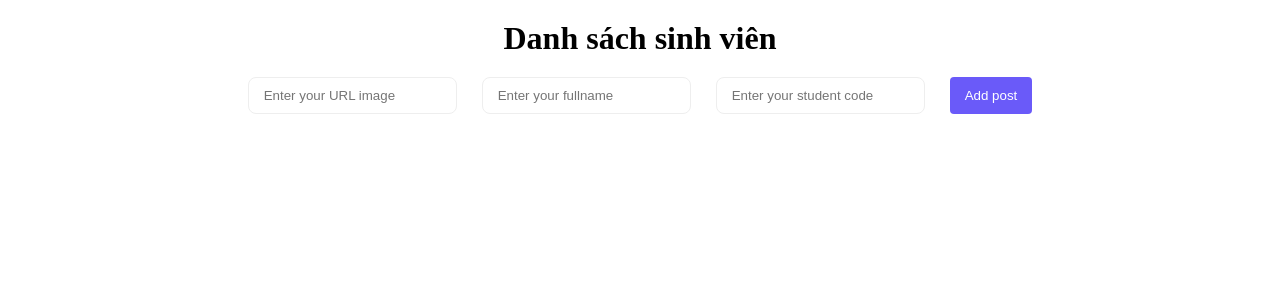
Repository: doquang195/demo-api
Page: indext.html
An editor plug-in stored every save of this project. The page is shown before and after a run of saves, followed by the edit.
The browser window is 1280 px wide. The pictures show the whole page.

Above is the page before, as saved 2023-10-04 21:47:46.

### indext.html
<!DOCTYPE html>
<html lang="en">
    <head>
        <meta charset="UTF-8" />
        <meta name="viewport" content="width=device-width, initial-scale=1.0" />
        <link rel="stylesheet" href="./reset.css" />
        <link rel="stylesheet" href="./style.css" />
        <title>Demo Rest API</title>
    </head>
    <body>
        <div>
            <h2 class="heading">Danh sách sinh viên</h2>
            <div id="list-courses"></div>
        </div>
        <form action="" class="form-post" method="post">

            <input
                type="text"
                name="image"
                placeholder="Enter your URL image"
            />
            <input type="text" name="name" placeholder="Enter your fullname" />
            <input
                type="text"
                name="author"
                placeholder="Enter your student code"
            />
            <button type="submit">Add post</button>
        </form>
        <script src="./app.js"></script>
    </body>
</html>

### reset.css
html {
    box-sizing: border-box;
}
* {
    margin: 0;
    padding: 0;
}
*,
*:before,
*:after {
    box-sizing: border-box;
}
input,
textarea,
select,
button {
    outline: none;
}
input {
    line-height: normal;
}
label,
button {
    cursor: pointer;
}
a {
    text-decoration: none;
}
img {
    display: block;
    max-width: 100%;
}

### style.css
.heading {
    font-size: 32px;
    text-align: center;
    padding: 20px;
}

.form-post {
    display: flex;
    justify-content: center;
    gap: 0 25px;
}

.form-post input {
    padding: 10px 15px;
    border: 1px solid #eee;
    border-radius: 8px;
}

.form-post button {
    background-color: #6a5af9;
    color: white;
    border: 0;
    outline: none;
    padding: 10px 15px;
    border-radius: 4px;
}

### app.js
// let coursesAPI = "http://localhost:3000/courses";

// function start() {
//     getCourses(renderCourses);
//     handleCreateForm();
// }

// start();

// function getCourses(callback) {
//     fetch(coursesAPI)
//         .then((res) => res.json())
//         .then(callback);
// }

// function createCourse(data, callback) {
//     let options = {
//         method: "POST",
//         headers: {
//             "Content-Type": "application/json",
//         },
//         body: JSON.stringify(data),
//     };
//     fetch(coursesAPI, options)
//         .then((res) => res.json())
//         .then(callback);
// }

// function handleDeleteCourse(id) {
//     let options = {
//         method: "DELETE",
//         headers: {
//             "Content-Type": "application/json",
//         },
//     };
//     fetch(coursesAPI + "/" + id, options)
//         .then((res) => res.json())
//         .then(function () {
//             const courseItem = document.querySelector(".course-" + id);
//             if (courseItem) {
//                 courseItem.remove();
//             }
//         });
// }

// function renderCourses(courses) {
//     let listCourses = document.querySelector("#list-courses");
//     const htmls = courses.map(function (course) {
//         return `
//             <div class="course-${course.id}" style="width: 300px, height: 300px">
//                 <h4>${course.name}</h4>
//                 <p>${course.description}</p>
//                 <button onclick="handleDeleteCourse(${course.id})">Xoa</button>
//             </div>`;
//     });
//     listCourses.innerHTML = htmls;
// }

// function handleCreateForm() {
//     const createBtn = document.querySelector("#create");
//     createBtn.onclick = function () {
//         const name = document.querySelector('input[name="name"]').value;
//         const description = document.querySelector(
//             'input[name="description"]'
//         ).value;
//         const formData = {
//             name: name,
//             description: description,
//         };
//         createCourse(formData, function () {
//             getCourses(renderCourses);
//         });
//     };
// }
const student = {
    image: "",
    studentCode: "",
    name: "",
};

// async function addPost(title, author) {
//     const response = await fetch("http://localhost:3000/courses", {
//         method: "POST",
//         body: JSON.stringify({
//             title,
//             author,
//         }),
//         headers: {
//             "Content-type": "application/json; charset=UTF-8",
//         },
//     });
//     return response;
// }

// const formPost = document.querySelector(".form-post");
// formPost.addEventListener("submit", function (e) {
//     e.preventDefault();
//     const title = this.elements["title"].value;
//     const author = this.elements["author"].value;
//     addPost(title, author);
// });

After the next 2 saves:
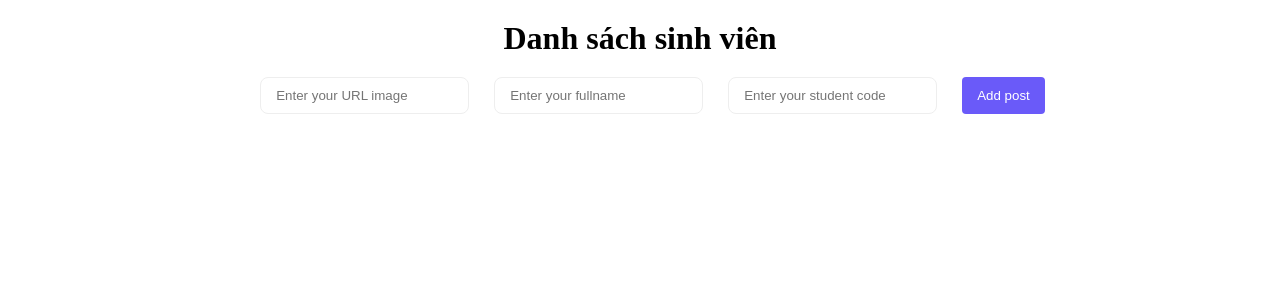
The 2 saves are shown as one change because they came seconds apart.
The last was saved 5 s later.
--- a/indext.html
+++ b/indext.html
@@ -13,7 +13,7 @@
             <div id="list-courses"></div>
         </div>
         <form action="" class="form-post" method="post">
-
+            <label></label>
             <input
                 type="text"
                 name="image"
